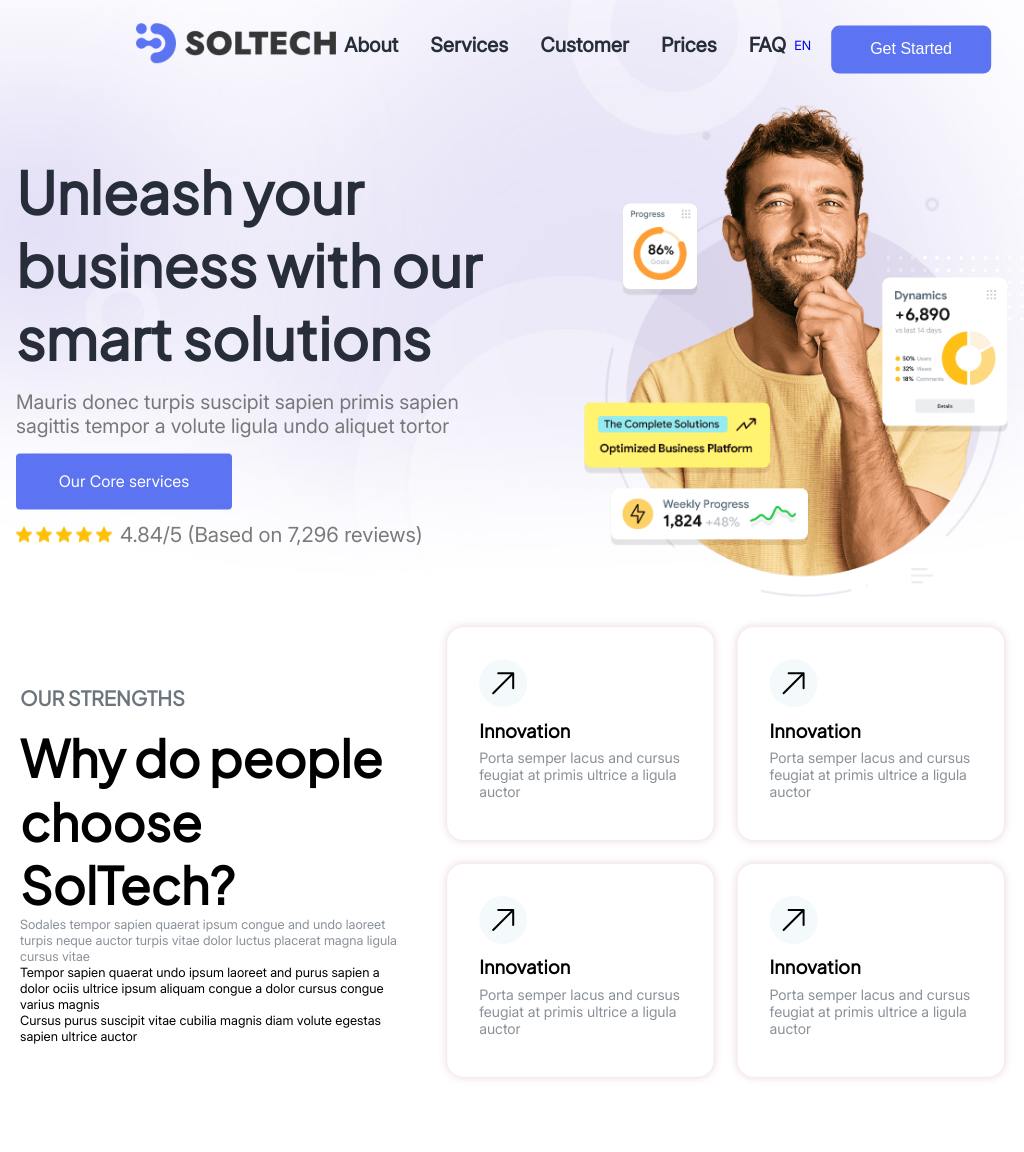
Repository: md-rabbi-hossain/Soltech-html
Page: index.html
These files come from the project's save history. The page is drawn as it stood at one moment and after the next save; the edit follows.
The browser window is 1280 px wide. The pictures show the whole page, at 80% of full size.

Above is the page before, as saved 2025-01-10 02:25:47.

After the next save:
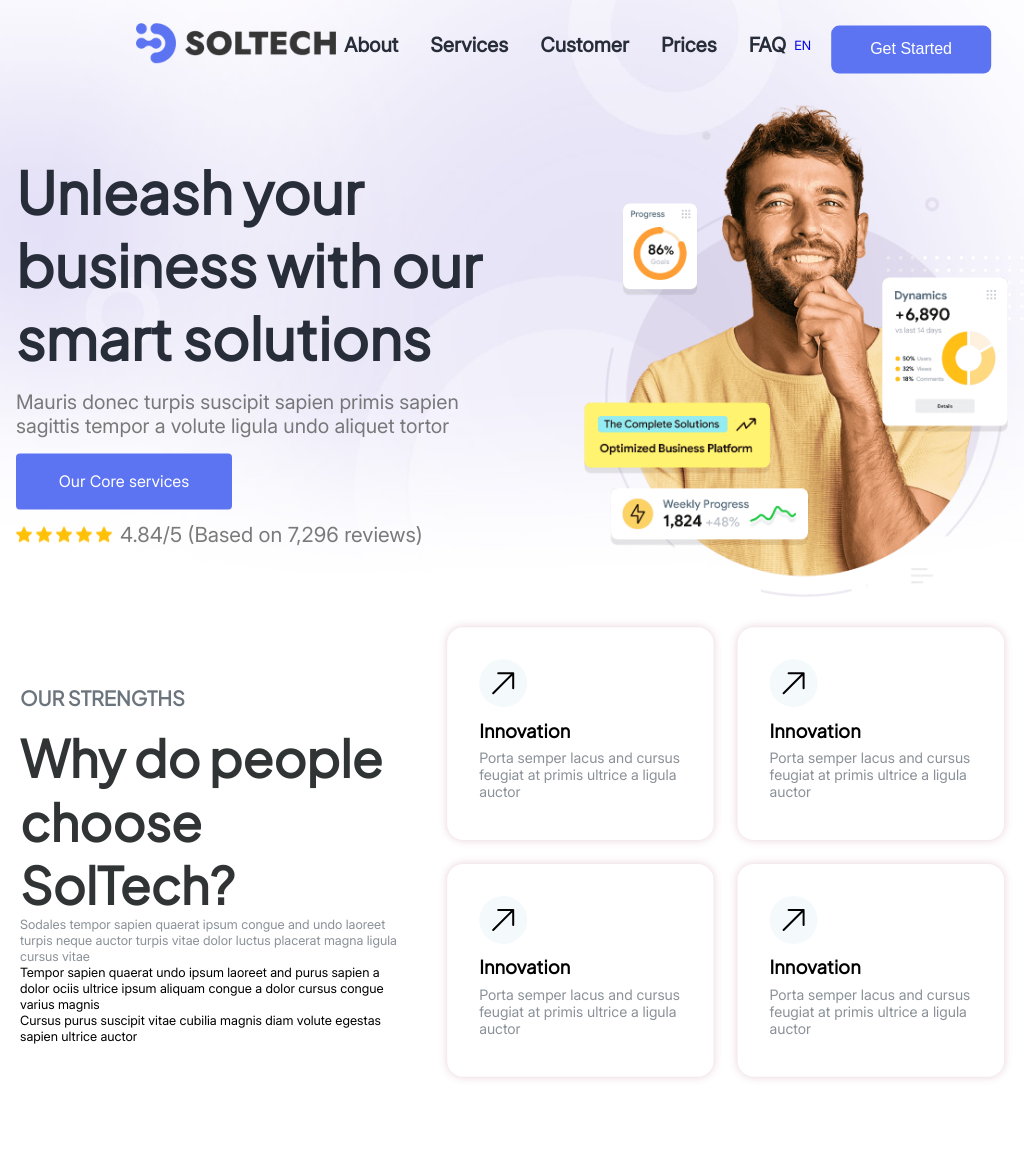
Saved 41 s later.
--- a/Css/style.css
+++ b/Css/style.css
@@ -246,6 +246,7 @@ section.main-container.cta-section {
 .introduction-text .inner h2 {
   font-family: Jakarta;
   font-size: 63px;
+  color: rgb(49, 52, 53);
 }
 .box-parent {
   display: flex;
